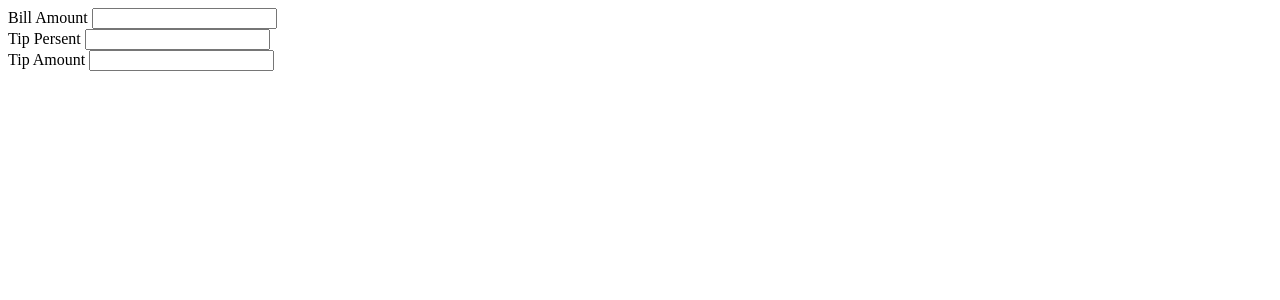
Repository: ZainAkbar51214/Tip-Calculator
Page: index.html
The author's editor kept a copy of each file at every save. The page is drawn from the files as they stood at one save, then again after the next save.
The browser window is 1280 px wide. The pictures show the whole page.

Above is the page before, as saved 2024-03-25 09:45:12.

After the next save:
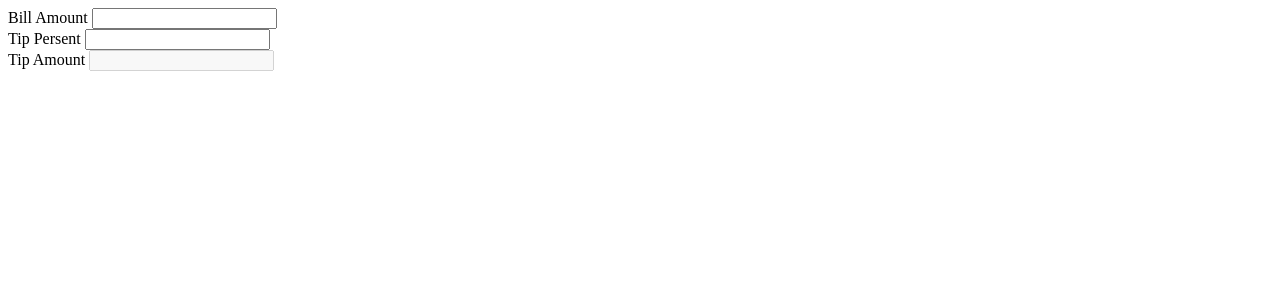
Saved 25 s later.
--- a/index.html
+++ b/index.html
@@ -17,7 +17,7 @@
                     <input type="text" name="" id="tip_persent">
                     <br>
                     <label>Tip Amount</label>
-                    <input type="text" name="" id="tip_persent">
+                    <input type="text" name="" id="tip_total" disabled>
                     <br>
                 </div>
             </div>
